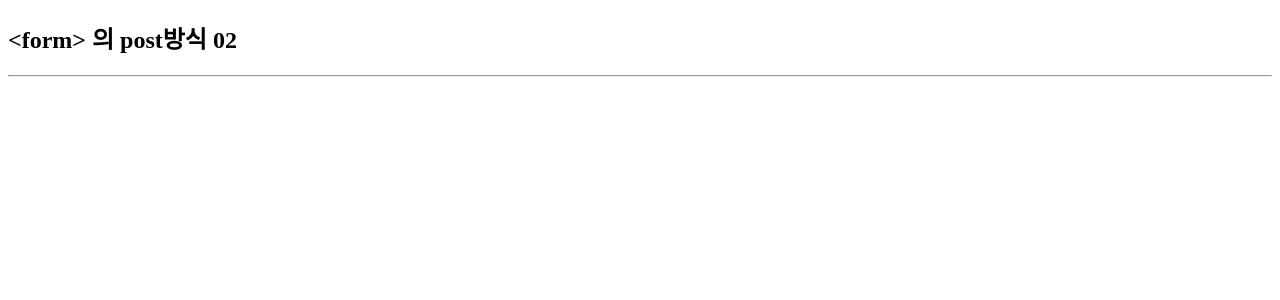
Repository: hyunh84/jsp_study
Page: http://localhost/Day02/j06_form02.jsp
An editor plug-in stored every save of this project. The page is shown before and after the next save, followed by the edit.
The browser window is 1280 px wide. The pictures show the whole page.
The page is served by Tomcat 9.

Above is the page before, as saved 2015-09-06 03:15:35.

After the next save:
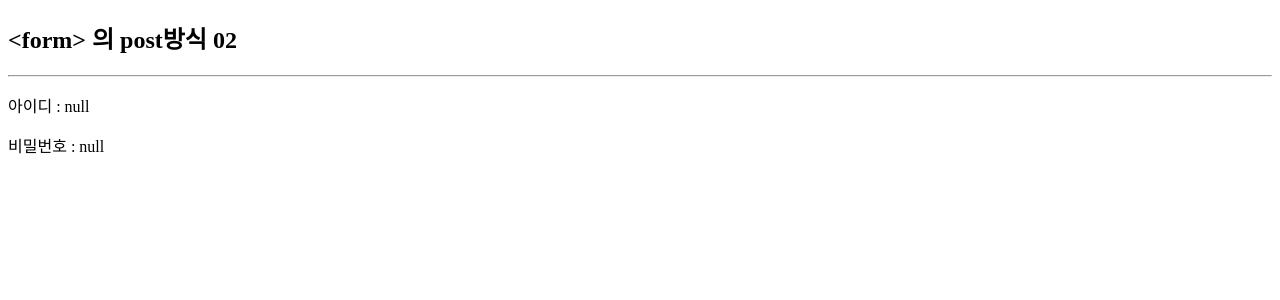
Saved 32 s later.
--- a/MyWorks/Day02/WebContent/j06_form02.jsp
+++ b/MyWorks/Day02/WebContent/j06_form02.jsp
@@ -26,5 +26,13 @@
 	%>
 
 
+		<p>
+			아이디 : <%= id %>
+		</p>
+		<p>
+			비밀번호 : <%= pw %>
+		</p>
+
+
 </body>
 </html>
